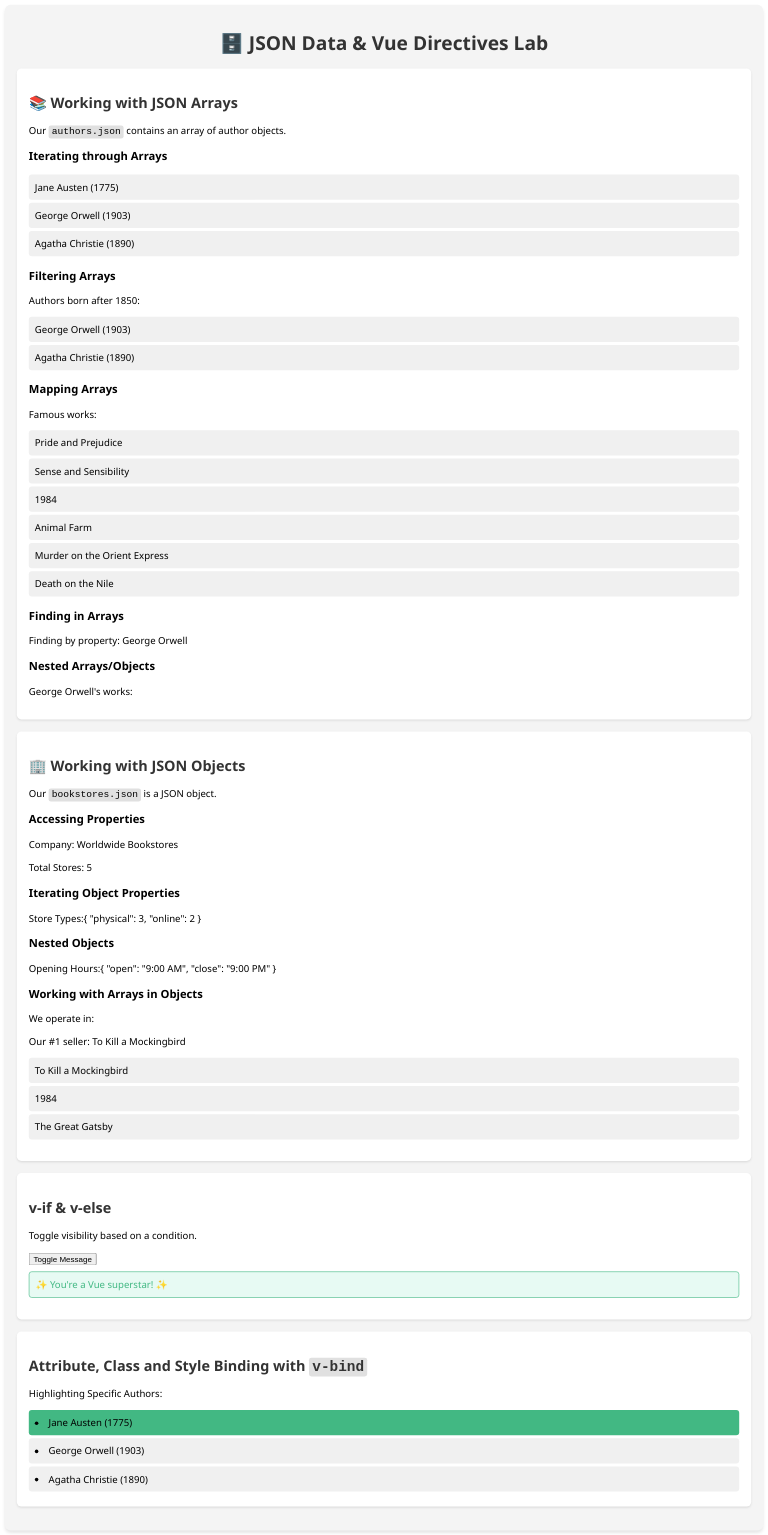
Repository: ZZHhannah/FIT5032
Page: / (app in fit5032-week2/week2/)
The author's editor kept a copy of each file at every save. The page is drawn from the files as they stood at one save, then again after the next save.
The browser window is 1280 px wide. The pictures show the whole page, at 60% of full size.
The project was rebuilt for these pictures with package versions that can differ from the ones it lists, and the page was loaded fresh each time. Also part of the build but not shown: fit5032-week2/week2/vite.config.js.

Above is the page before, as saved 2025-08-22 20:28:46.

### fit5032-week2/week2/src/App.vue
<script setup>
import JSON from "./components/JSON.vue";
</script>

<template>
  <JSON/>
</template>

<style scoped>
header {
  line-height: 1.5;
}

.logo {
  display: block;
  margin: 0 auto 2rem;
}

@media (min-width: 1024px) {
  header {
    display: flex;
    place-items: center;
    padding-right: calc(var(--section-gap) / 2);
  }

  .logo {
    margin: 0 2rem 0 0;
  }

  header .wrapper {
    display: flex;
    place-items: flex-start;
    flex-wrap: wrap;
  }
}
</style>

### fit5032-week2/week2/src/components/JSON.vue
<!-- JSONLab.vue -->
<template>
  <div class="json-lab">
    <h1>🗄️ JSON Data & Vue Directives Lab</h1>

    <section class="lab-section">
      <h2>📚 Working with JSON Arrays</h2>
      <p>Our <code>authors.json</code> contains an array of author objects.</p>

      <h3>Iterating through Arrays</h3>
      <!-- Activity 6: Render a list containing author names and their birth years. Hint: Make use of the v-for directive to iterate through the array of authors. -->
      <!-- TODO: CODE TO RENDER LIST OF AUTHORS HERE -->

      <ul>
        <li v-for="author in authors" :key="author.id">
          {{ author.name }} ({{ author.birthYear }})
        </li>
      </ul>

      <h3>Filtering Arrays</h3>
      <!-- Activity 7: Render a list containing authors born after 1850. Hint: Make use of the v-for directive to iterate through the array of authors that you have filtered out. -->
      <p>Authors born after 1850:</p>
      <!-- TODO: CODE TO RENDER LIST OF AUTHORS HERE -->
      <ul>
        <li v-for="author in modernAuthors" :key="author.id">
          {{ author.name }} ({{ author.birthYear }})
        </li>
      </ul>

      <h3>Mapping Arrays</h3>
      <p>Famous works:</p>
      <ul>
        <!-- Activity 8: Render a list of all famous works. Hint: Use the v-for directive to iterate through the array of authors that you have filtered out. -->
        <!-- TODO: CODE TO RENDER LIST OF FAMOUS WORKS HERE -->
      </ul>
      <ul>
        <li v-for="work in allFamousWorks" :key="work">
          {{ work.title }}
        </li>
      </ul>

      <h3>Finding in Arrays</h3>
      <p>Finding by property: {{ orwell?.name }}</p>

      <h3>Nested Arrays/Objects</h3>
      <p>{{ austen?.name }}'s works:</p>
      <!-- Activity 9: Render a list of Austen's works. Hint: Use the v-for directive to iterate through the array of authors that you have filtered out. -->
      <!-- TODO: CODE TO RENDER LIST OF AUSTEN'S WORKS HERE -->
    </section>

    <section class="lab-section">
      <h2>🏢 Working with JSON Objects</h2>
      <p>Our <code>bookstores.json</code> is a JSON object.</p>

      <h3>Accessing Properties</h3>
      <p>
        Company: {{ bookstores.name }}
        <!-- Activity 9a: Get the company name from the bookstores object. -->
        <!-- TODO: CODE TO GET COMPANY NAME HERE -->
      </p>

      <p>
        Total Stores: {{ bookstores.totalStores }}
        <!-- Activity 9b: Get the total number of stores from the bookstores object. -->
        <!-- TODO: CODE TO GET TOTAL STORES HERE -->
      </p>

      <h3>Iterating Object Properties</h3>
      <p>Store Types:{{ bookstores.storeTypes }}</p>
      <!-- Activity 10: Iterate through the storeTypes array and display the store type and the number of stores that use that type. -->
      <!-- TODO: CODE TO RENDER LIST OF STORE TYPES HERE -->
      <!-- <ul>
        <li v-for="storeType in bookstores.storeTypes" :key="storeType">
          {{ bookstore }}
        </li>
      </ul> -->

      <h3>Nested Objects</h3>
      <p>Opening Hours:{{ bookstores.openingHours.weekdays }}</p>
      <!-- Activity 11: Iterate through the openingHours object and display the day of the week and the opening and closing times. -->
      <!-- TODO: CODE TO RENDER LIST OF OPENING HOURS HERE -->

      <h3>Working with Arrays in Objects</h3>
      <!-- Activity 12: Get the top sellers from the bookstores object. -->
      <!-- TODO: CODE TO GET TOP SELLERS HERE -->
      <p>We operate in:</p>
      <p>Our #1 seller: {{ bookstores.topSellers[0] }}</p>
      <ul>
        <li v-for="seller in bookstores.topSellers" :key="seller">
          {{ seller }}
        </li>
      </ul>
    </section>

    <section class="lab-section">
      <h2>v-if & v-else</h2>
      <p>Toggle visibility based on a condition.</p>
      <!-- Activity 13: Toggle the message visibility when the button is clicked. -->
      <!-- TODO: CODE TO TOGGLE MESSAGE VISIBILITY HERE. Hint: Use the v-if directive. -->

      <button @click="showMessage = !showMessage">Toggle Message</button>
      <p v-if="showMessage" class="message success">✨ You're a Vue superstar! ✨</p>
      <p v-else class="message">Click the button to see a message.</p>
    </section>

    <section class="lab-section">
      <h2>Attribute, Class and Style Binding with <code>v-bind</code></h2>
      <p>Highlighting Specific Authors:</p>
      <li v-for="author in authors" :key="author.id" :class="{ highlight: author.id === 1 }">
        {{ author.name }} ({{ author.birthYear }})
      </li>
    </section>
  </div>
</template>

<script setup>
import { ref, computed } from 'vue'

// Activity 1: Import JSON files (authors.json and bookstores.json)
import authors from '../assets/json/authors.json'
import bookstores from '../assets/json/bookstores.json'
// TODO: CODE TO IMPORT JSON FILES HERE

const showMessage = ref(false)

console.log('Log1', showMessage)
console.log('Log2', showMessage.value)
showMessage.value = true
console.log('Log3', showMessage.value)

// Activity 2: Get authors born after 1850
const modernAuthors = computed(() => {
  // TODO: CODE TO FILTER ARRAY OF AUTHORS HERE
  return authors.filter((item) => item.birthYear > 1850)
})

// Activity 3: Get all famous works
const allFamousWorks = computed(() => {
  return authors.flatMap((author) => author.famousWorks)
  // TODO: CODE TO GET ALL FAMOUS WORKS HERE
})

// Activity 4: Find author by name
const orwell = computed(() => {
  return authors.find((author) => author.name === 'George Orwell')
  // TODO: CODE TO FIND AUTHOR BY NAME HERE
})

// Activity 5: Find author by ID
const austen = computed(() => {
  // TODO: CODE TO FIND AUTHOR BY ID HERE
  return authors.find((author) => author.id === 2)
})
</script>

<style scoped>
.json-lab {
  font-family: 'Segoe UI', Tahoma, Geneva, Verdana, sans-serif;
  max-width: 200vw;
  margin: 0 auto;
  padding: 20px;
  background-color: #f4f4f4;
  border-radius: 10px;
  box-shadow: 0 4px 6px rgba(0, 0, 0, 0.1);
}

h1,
h2 {
  color: #333;
}
h1 {
  text-align: center;
}

.lab-section {
  background-color: white;
  padding: 20px;
  margin-bottom: 20px;
  border-radius: 8px;
  box-shadow: 0 2px 4px rgba(0, 0, 0, 0.1);
}

.message {
  padding: 10px;
  border-radius: 5px;
  margin-top: 10px;
}

.success {
  background-color: #e7faf3;
  color: #42b883;
  border: 1px solid #42b883;
}

.highlight {
  background-color: #42b883;
}

code {
  background-color: #e0e0e0;
  padding: 2px 5px;
  border-radius: 4px;
  font-family: 'Courier New', Courier, monospace;
}

ul {
  list-style-type: none;
  padding: 0;
}
li {
  background-color: #f0f0f0;
  padding: 10px;
  margin: 5px 0;
  border-radius: 5px;
}
</style>

### fit5032-week2/week2/src/assets/json/authors.json
[
  {
    "id": 1,
    "name": "Jane Austen",
    "birthYear": 1775,
    "genres": ["Romance", "Social commentary"],
    "famousWorks": [
      { "title": "Pride and Prejudice", "year": 1813 },
      { "title": "Sense and Sensibility", "year": 1811 }
    ]
  },
  {
    "id": 2,
    "name": "George Orwell",
    "birthYear": 1903,
    "genres": ["Dystopian", "Political satire"],
    "famousWorks": [
      { "title": "1984", "year": 1949 },
      { "title": "Animal Farm", "year": 1945 }
    ]
  },
  {
    "id": 3,
    "name": "Agatha Christie",
    "birthYear": 1890,
    "genres": ["Mystery", "Crime fiction"],
    "famousWorks": [
      { "title": "Murder on the Orient Express", "year": 1934 },
      { "title": "Death on the Nile", "year": 1937 }
    ]
  }
]

### fit5032-week2/week2/src/assets/json/bookstores.json
{
  "name": "Worldwide Bookstores",
  "totalStores": 5,
  "countries": ["USA", "UK", "France"],
  "storeTypes": {
    "physical": 3,
    "online": 2
  },
  "topSellers": [
    "To Kill a Mockingbird",
    "1984",
    "The Great Gatsby"
  ],
  "openingHours": {
    "weekdays": { "open": "9:00 AM", "close": "9:00 PM" },
    "weekends": { "open": "10:00 AM", "close": "10:00 PM" }
  }
}

### fit5032-week2/week2/src/components/Form.vue
<template>
    <div class="container mt-5">
      <div class="row">
        <div class="col-md-8 offset-md-2">
          <h1 class="text-center">User Information Form</h1>
          <form @submit.prevent="submitForm">
            <div class="row mb-3">
              <div class="col-md-6">
                <label for="username" class="form-label">Username</label>
                <input type="text" class="form-control" id="username" v-model="formData.username">
              </div>
              <div class="col-md-6">
                <label for="password" class="form-label">Password</label>
                <input type="password" class="form-control" id="password" v-model="formData.password">
              </div>
            </div>
            <div class="row mb-3">
              <div class="col-md-6">
                <div class="form-check">
                  <input type="checkbox" class="form-check-input" id="isAustralian" v-model="formData.isAustralian">
                  <label class="form-check-label" for="isAustralian">Australian Resident?</label>
                </div>
              </div>
              <div class="col-md-6">
                <label for="gender" class="form-label">Gender</label>
                <select class="form-select" id="gender" v-model="formData.gender">
                  <option value="male">Male</option>
                  <option value="female">Female</option>
                  <option value="other">Other</option>
                </select>
              </div>
            </div>

            <div class="row mt-5" v-if="submittedCards.length">
              <div class="d-flex flex-wrap justify-content-start">
                  <div v-for="(card, index) in submittedCards" :key="index" class="card m-2" style="width: 18rem;">
                      <div class="card-header">
                          User Information
                      </div>
                      <ul class="list-group list-group-flush">
                          <li class="list-group-item">Username: {{ card.username }}</li>
                          <li class="list-group-item">Password: {{ card.password }}</li>
                          <li class="list-group-item">Australian Resident: {{ card.isAustralian ? 'Yes' : 'No' }}</li>
                          <li class="list-group-item">Gender: {{ card.gender }}</li>
                          <li class="list-group-item">Reason: {{ card.reason }}</li>
                      </ul>
                  </div>
              </div>
              </div>

            <div class="mb-3">
              <label for="reason" class="form-label">Reason for joining</label>
              <textarea class="form-control" id="reason" rows="3" v-model="formData.reason"></textarea>
            </div>
            <div class="text-center">
              <button type="submit" class="btn btn-primary me-2">Submit</button>
              <button type="button" class="btn btn-secondary" @click="clearForm">Clear</button>
            </div>
          </form>
        </div>
      </div>
    </div>
  </template>

  <script setup>
  import { ref } from 'vue';

  const formData = ref({
      username: '',
      password: '',
      isAustralian: false,
      reason: '',
      gender: ''
  });

  const submittedCards = ref([]);

  const submitForm = () => {
      submittedCards.value.push({
          ...formData.value
      });
  };</script>

  <style scoped>
  /*  Design for Different Devices */
  @media (max-width: 576px) {
      .container {
          padding: 0 15px;
      }
      .card {
          width: 100% !important;
          margin: 0.5rem 0 !important;
      }
      .col-md-6 {
          margin-bottom: 1rem;
      }
      .btn {
          width: 100%;
          margin-bottom: 0.5rem;
      }
      .btn:last-child {
          margin-bottom: 0;
      }
      .d-flex.flex-wrap {
          flex-direction: column;
      }
  }

  @media (min-width: 577px) and (max-width: 768px) {
      .card {
          width: calc(50% - 1rem) !important;
      }
  }

  @media (min-width: 769px) and (max-width: 992px) {
      .card {
          width: calc(33.333% - 1rem) !important;
      }
  }

  @media (min-width: 993px) {
      .card {
          width: 18rem !important;
      }
  }

  /* Touch-friendly design for mobile devices */
  @media (hover: none) and (pointer: coarse) {
      .btn {
          padding: 12px 20px;
          font-size: 16px;
      }

      .form-control, .form-select {
          padding: 12px;
          font-size: 16px;
      }

      .card:hover {
          transform: none;
          box-shadow: none;
      }
  }</style>

Loaded but not shown: fit5032-week2/week2/index.html (common file); fit5032-week2/week2/src/main.js (common file)

After the next save:
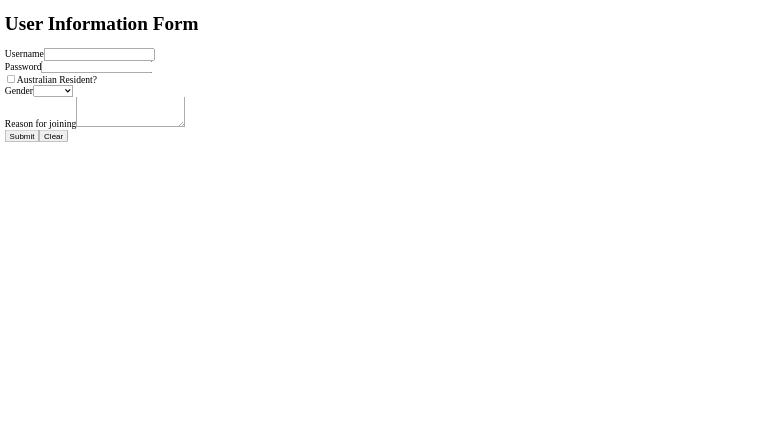
Saved 20 s later.
--- a/fit5032-week2/week2/src/App.vue
+++ b/fit5032-week2/week2/src/App.vue
@@ -1,9 +1,11 @@
 <script setup>
-import JSON from "./components/JSON.vue";
+// import JSON from "./components/JSON.vue";
+import Form from './components/Form.vue';
 </script>
 
 <template>
-  <JSON/>
+   <!-- <JSON /> -->
+    <Form />
 </template>
 
 <style scoped>
